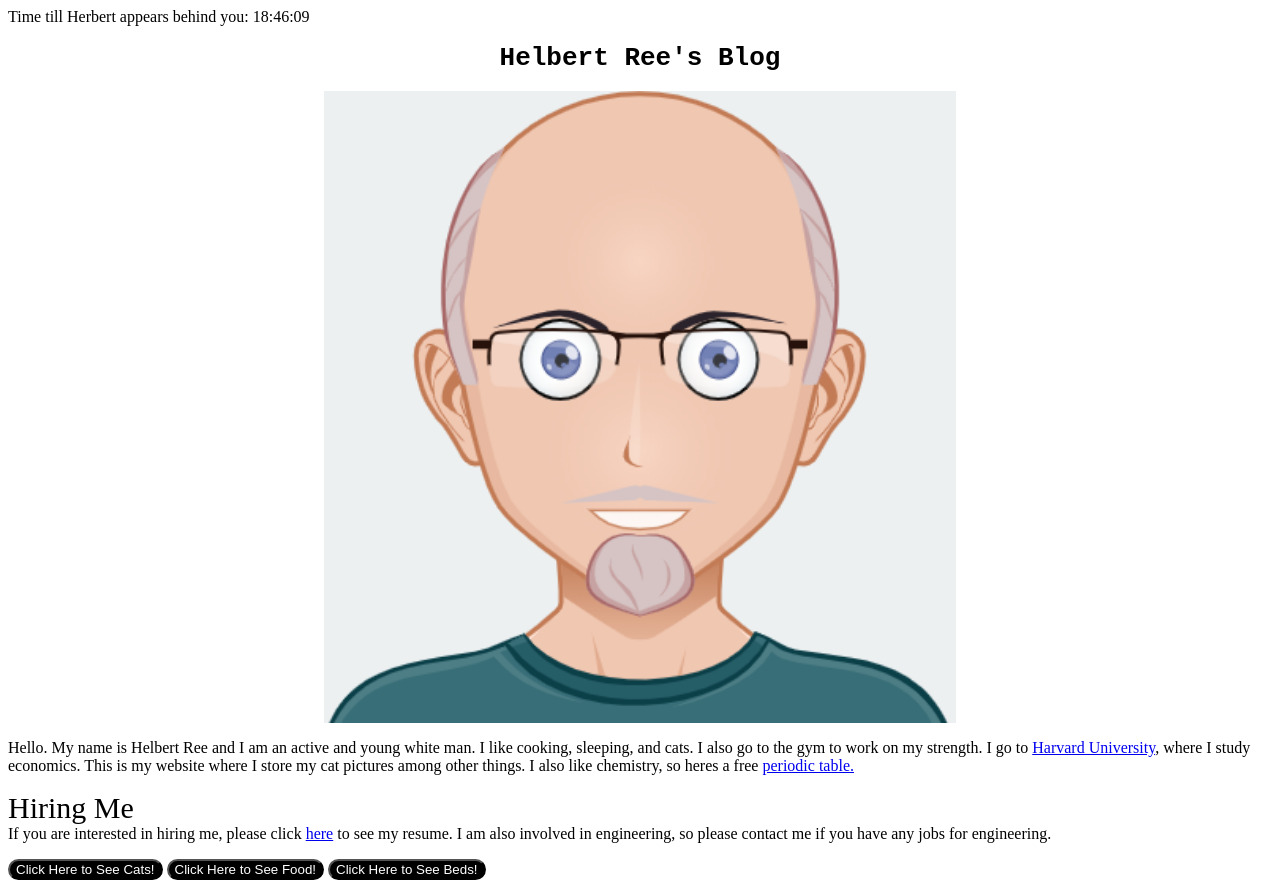
Repository: rortega1581/rortega1581.github.io
Page: 214/HelbertRee'sBlog/website.html
The author's editor kept a record of every edit. The page is drawn from the files as they stood at one moment, then again after the next edit.
The browser window is 1280 px wide. The pictures show the whole page.
The first visible `img` is being pressed.

Above is the page before.

### 214/HelbertRee'sBlog/website.html
<!DOCTYPE html>
<html>
<head>
<script>
function startTime() {
  var today = new Date();
  var h = today.getHours();
  var m = today.getMinutes();
  var s = today.getSeconds();
  m = checkTime(m);
  s = checkTime(s);
  document.getElementById('txt').innerHTML =
  "Time till Herbert appears behind you: " +h + ":" + m + ":" + s;
  var t = setTimeout(startTime, 500);
}
function checkTime(i) {
  if (i < 10) {i = "0" + i};  // add zero in front of numbers < 10
  return i;
}
</script>
</head>

<body onload="startTime()">

<div id="txt"></div>

</body>
</html>


<!doctype html>
<html lang="en">
    <head>
        <meta charset="utf-8">
        <title>Mein Website</title>
        <link href="style.css" rel="stylesheet" type="text/css">


    </head>
    <body>
        <h1 class="webTitle">
            Helbert Ree's Blog
        </h1>

        <img src="../images/helbertRee.jpg" alt="Helbert Ree" style="display: block;
        margin-left: auto; margin-right: auto; width: 50%;" />

        <p class="description">
            Hello. My name is Helbert Ree and I am an active and young white man.  I like cooking, sleeping, and cats. I also go to the gym to work on my strength.
            I go to <a href="https://www.harvard.edu/">Harvard University</a>, where I study economics. This is my website where I store my cat pictures among other things.
            I also like chemistry, so heres a free <a href="https://ptable.com/">periodic table.</a>

        </p>

        <p>
            <a style="font-size: 30px;">Hiring Me</a> </br>
            If you are interested in hiring me, please click <a href='resume.html'>here</a> to see my resume.
            I am also involved in engineering, so please contact me if you have any jobs for engineering.
        </p>

        <a href="cats.html"><button class="clickButton">Click Here to See Cats!</button></a>
        <a href="food.html"><button class="clickButton">Click Here to See Food!</button></a>
        <a href="beds.html"><button class="clickButton">Click Here to See Beds!</button></a>



    </body>


</html>

### 214/HelbertRee'sBlog/style.css
.clickButton{
    background-color: rgb(0, 0, 0);
    color: rgb(255, 255, 255);
    border-radius: 20px;

}

.webTitle{
    text-align: center;
    font-family: monospace;

}

img:active{


}/*
img:active{
   transform:scale(.95);
   box-shadow:2px 2px 10px rgba(0,0,0,1);

}
*/

After the next edit:
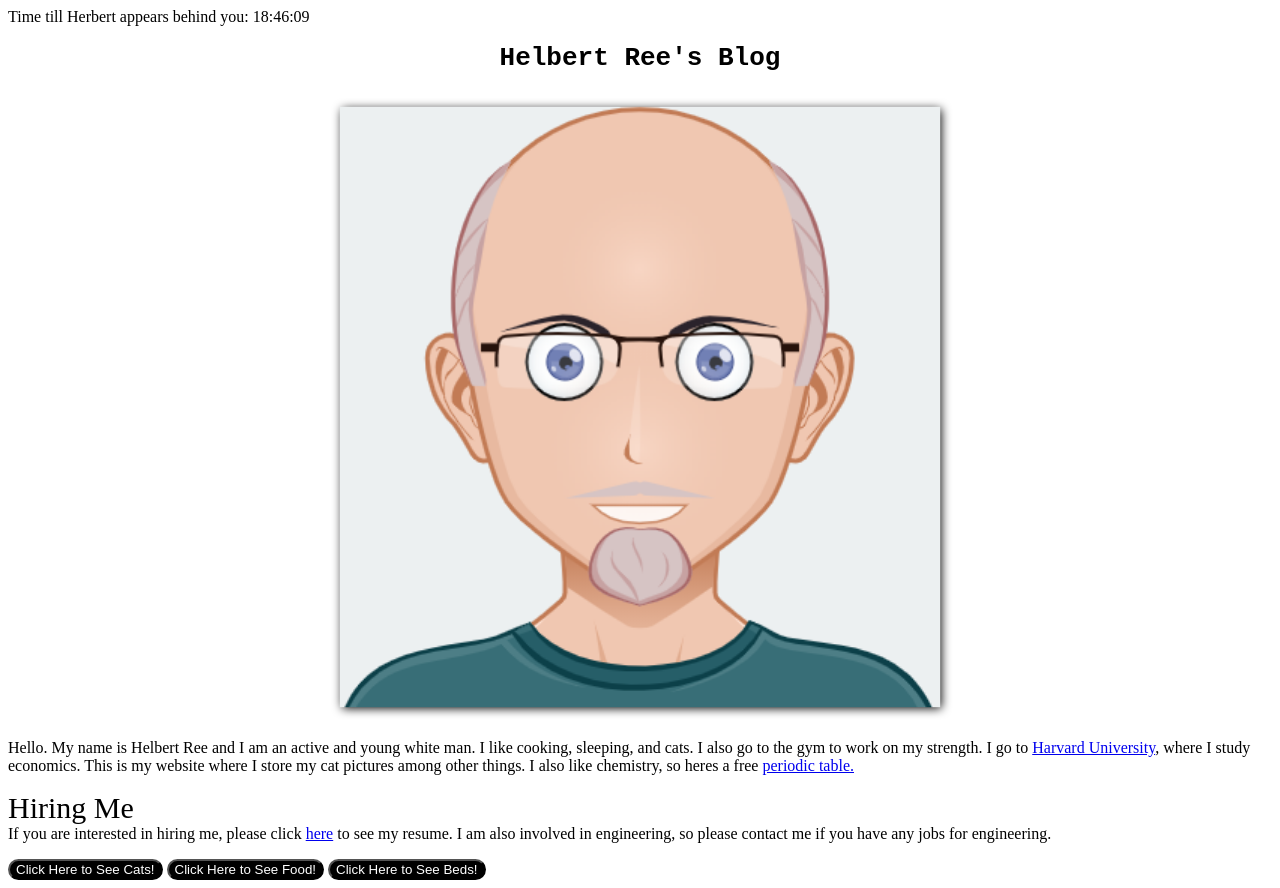
The edit:
--- a/214/HelbertRee'sBlog/style.css
+++ b/214/HelbertRee'sBlog/style.css
@@ -12,7 +12,8 @@
 }
 
 img:active{
-
+   transform:scale(.95);
+   box-shadow:2px 2px 10px rgba(0,0,0,1);
 
 }/*
 img:active{
